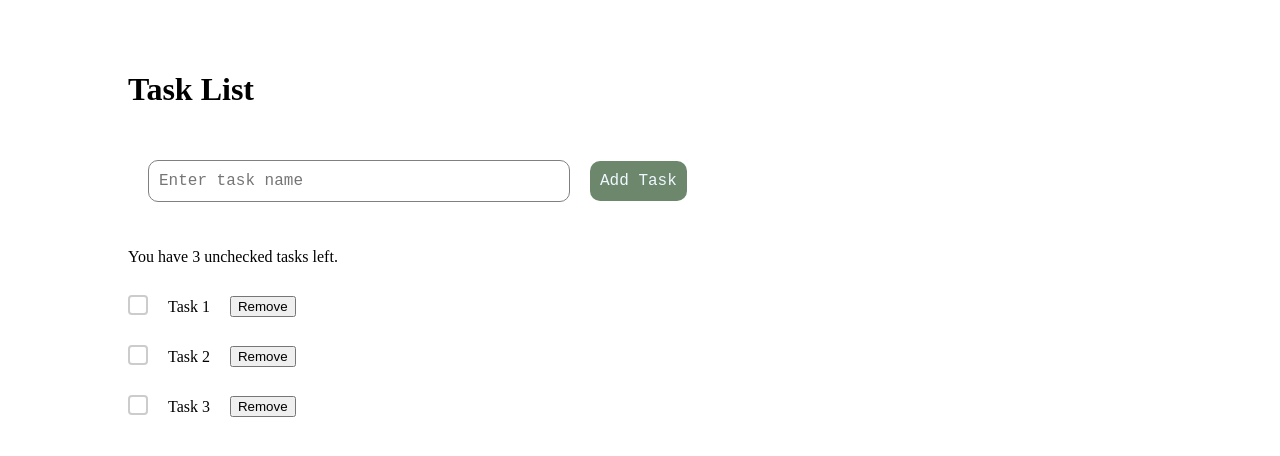
Repository: SandyLy453/task-list
Page: /
These files come from the project's save history. The page is drawn as it stood at one moment and after the next save; the edit follows.
The browser window is 1280 px wide. The pictures show the whole page.
The project was rebuilt for these pictures with package versions that can differ from the ones it lists, and the page was loaded fresh each time. Also part of the build but not shown: vite.config.js.

Above is the page before, as saved 2024-10-11 15:34:12.

### src/App.jsx
import { useState } from 'react';
import Task from './components/Task';
import TaskForm from './components/TaskForm';

function App() {
  const [tasks, setTasks] = useState([
    { name: 'Task 1', checked: false },
    { name: 'Task 2', checked: false },
    { name: 'Task 3', checked: false }
  ]);

  // Function to calculate the number of unchecked tasks
  const getUncheckedCount = () => {
    return tasks.filter((task) => !task.checked).length;
  };

  // Function to add a new task
  const addTask = (taskName) => {
    setTasks([...tasks, { name: taskName, checked: false }]); // New tasks are unchecked by default
  };

  // Function to remove a task
  const removeTask = (taskName) => {
    setTasks(tasks.filter((task) => task.name !== taskName));
  };

  // Function to toggle the task status
  const toggleTaskStatus = (taskName) => {
    const updatedTasks = tasks.map((task) =>
      task.name === taskName ? { ...task, checked: !task.checked } : task
    );
    setTasks(updatedTasks); // Update the task's checked status in the parent state
  };

  return (
    <>
      <div className="container">
        <h1>Task List</h1>
        <TaskForm addTask={addTask} />
        <p>You have {getUncheckedCount()} unchecked tasks left.</p>
        <div>
          {tasks.map((task, index) => (
            <Task
              key={index}
              name={task.name}
              checked={task.checked}
              toggleTaskStatus={toggleTaskStatus}
              removeTask={removeTask}
            />
          ))}
        </div>
      </div>
    </>
  );
}

export default App;

### src/index.css
.container {
  padding: 20px;
  margin: 30px 100px;
}

.inputBox {
  padding: 10px 0 10px 0;
}

.input {
  height: 20px;
  width: 400px;
  padding: 10px;
  font-size: 16px;
  font-family: monospace;
  margin: 20px;
  border-radius: 10px;
  border: 1px solid gray;
}

.sm-btn{
  height: 40px;
  padding: 10px;
  font-size: 16px;
  font-family: monospace;
  background-color: rgb(108, 135, 108);
  color: aliceblue;
  border: none;
  border-radius: 10px;
}

.sm-btn:hover {
  background-color: rgb(84, 103, 84);
}

.task {
  display: flex;
  flex-direction: row;
  align-items: center;
  gap: 20px;
}

.checkBox {
  width: 20px;
  height: 20px;
  appearance: none;
  background-color: white;
  border: 2px solid #ccc;
  border-radius: 4px;
  cursor: pointer;
  position: relative;
  margin: 6px 0;
}

.checkBox:checked {
  background-color: rgb(108, 135, 108);
}

.checkBox:checked::after {
  content: "";
  display: block;
  width: 4px;
  height: 10px;
  border: solid white;
  border-width: 0 2px 2px 0;
  transform: rotate(45deg);
  position: absolute;
  top: 0px;
  left: 5px;
}

### src/components/Task.jsx
import { useRef, useEffect } from "react";

export default function Task({ name, checked, removeTask, toggleTaskStatus }) {
  const checkboxRef = useRef(null);
  const taskNameRef = useRef(null);

  useEffect(() => {
    const checkbox = checkboxRef.current;
    const crossText = taskNameRef.current;

    // Handle the initial checked state
    if (checked) {
      checkbox.checked = true;
      crossText.style.textDecoration = "line-through";
    } else {
      checkbox.checked = false;
      crossText.style.textDecoration = "none";
    }

    const handleCheckBoxChange = () => {
      toggleTaskStatus(name);
    };

    checkbox.addEventListener("change", handleCheckBoxChange);

    return () => {
      checkbox.removeEventListener("change", handleCheckBoxChange);
    };
  }, [name, checked, toggleTaskStatus]);

  return (
    <>
      <div className="task">
        <label>
          <input type="checkbox" ref={checkboxRef} className="checkBox"/>
        </label>
        <p ref={taskNameRef} className="content">{name}</p>
        <button className="task-delete" onClick={() => removeTask(name)}>
          Remove
        </button>
      </div>
    </>
  );
}

### src/components/TaskForm.jsx
import { useState } from "react";

export default function TaskForm({ addTask }) {
  const [inputValue, setInputValue] = useState("");

  const handleSubmit = (e) => {
    e.preventDefault();
    if (inputValue.trim() !== "") {
      addTask(inputValue);
      setInputValue(""); // clear the input
    }
  };

  return (
    <form onSubmit={handleSubmit} className="inputBox">
      <input
        type="text"
        value={inputValue}
        onChange={(e) => setInputValue(e.target.value)}
        placeholder="Enter task name"
        className="input"
      />
      <button type="submit" className="sm-btn">Add Task</button>
    </form>
  );
}

Loaded but not shown: index.html (common file); src/main.jsx (common file)

After the next save:
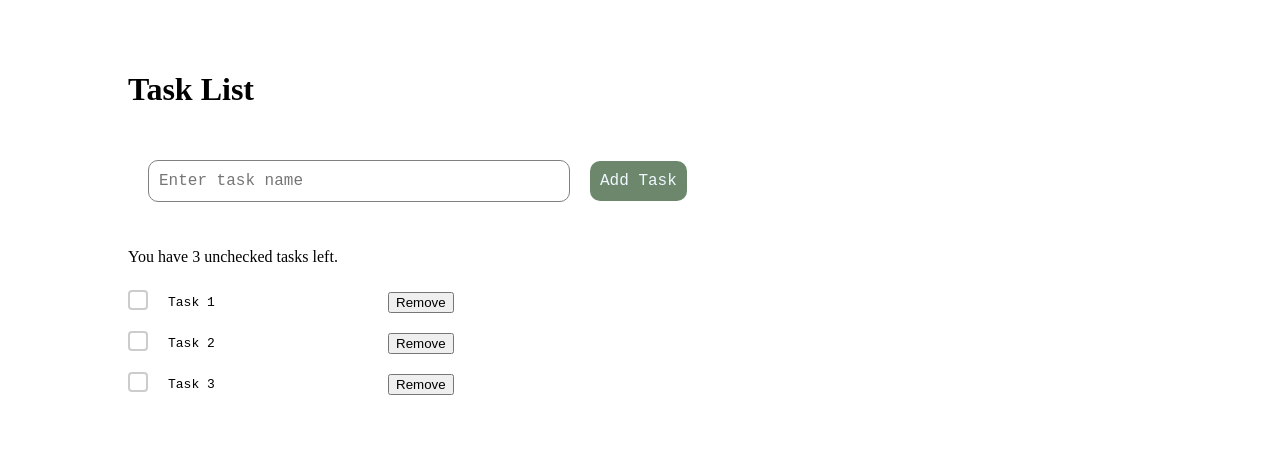
Saved 74 s later.
--- a/src/index.css
+++ b/src/index.css
@@ -68,3 +68,11 @@
   top: 0px;
   left: 5px;
 }
+
+.content {
+  width: 200px;
+  display: flex;
+  word-wrap: normal;
+  font-family: monospace;
+
+}
